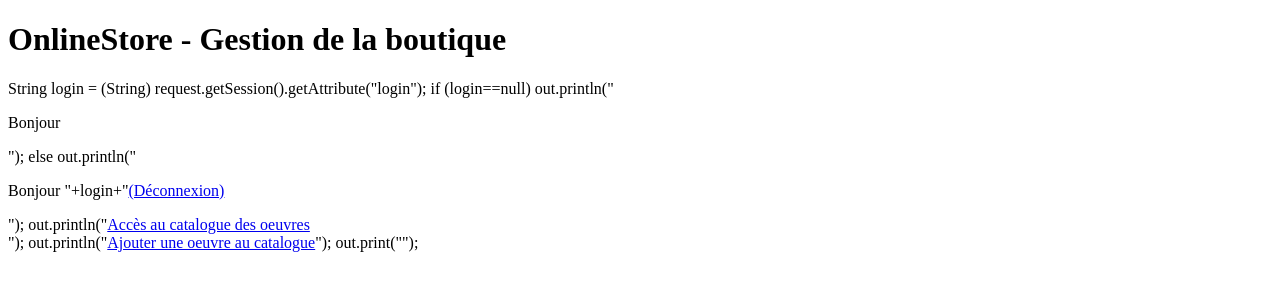
Repository: Fabff/javaWebService
Page: http://localhost/backoffice-frontend/home.jsp
An editor plug-in stored every save of this project. The page is shown before and after the next save, followed by the edit.
The browser window is 1280 px wide. The pictures show the whole page.
The page is served by Tomcat 9.

Above is the page before, as saved 2023-04-22 18:01:35.

After the next save:
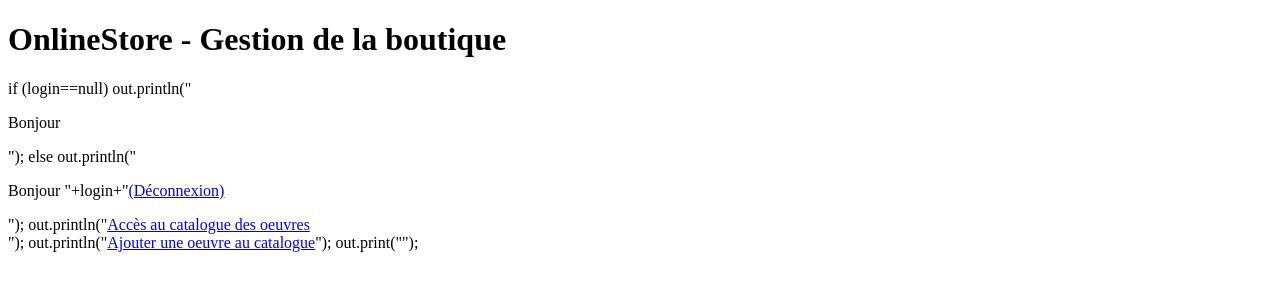
Saved 76 s later.
--- a/backoffice-frontend/src/main/webapp/home.jsp
+++ b/backoffice-frontend/src/main/webapp/home.jsp
@@ -8,7 +8,7 @@
 </head>
 <body>
 		<h1>OnlineStore - Gestion de la boutique </h1>
-		String login = (String) request.getSession().getAttribute("login");
+		<%String login = (String) request.getSession().getAttribute("login"); %>
 
 		if (login==null)
 			out.println("<p>Bonjour </p>");
